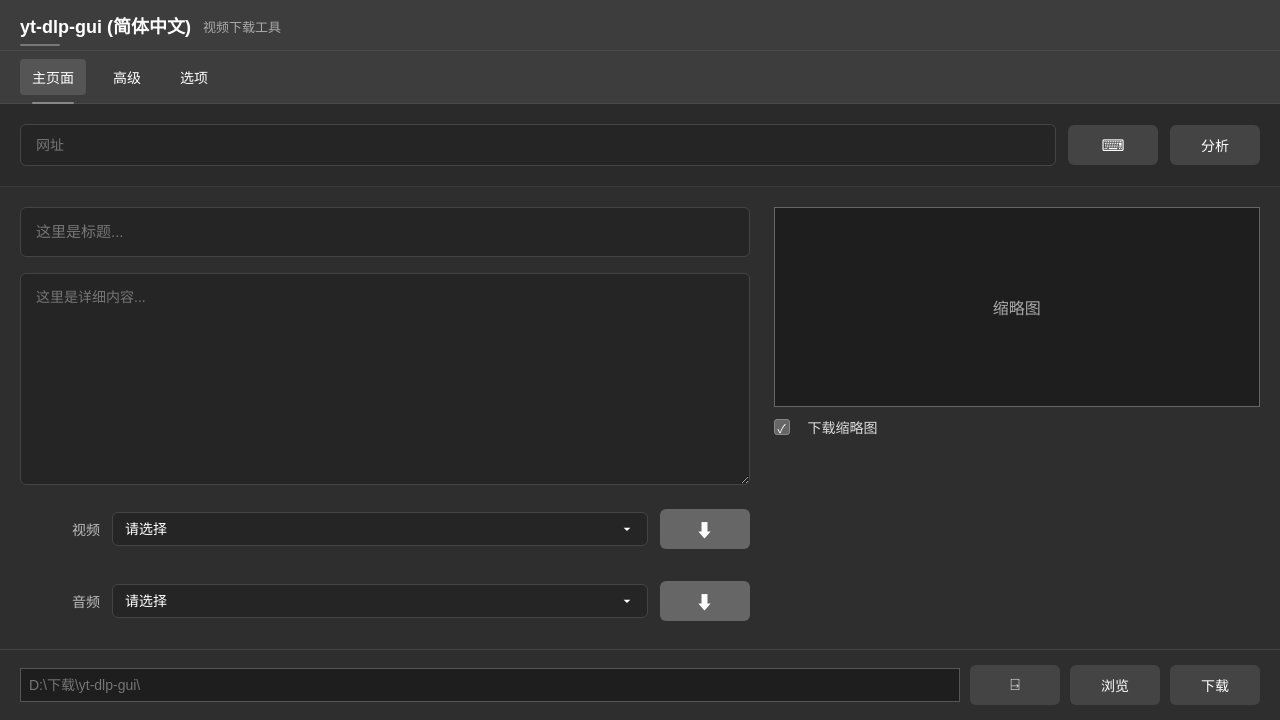
Repository: zArvin6808/yt-TubeSaver
Page: index.html
An editor plug-in stored every save of this project. The page is shown before and after the next save, followed by the edit.
The browser window is 1280 px wide. The pictures show the whole page.

Above is the page before, as saved 2025-06-07 16:50:06.

### index.html
<!DOCTYPE html>
<html lang="zh-CN">
<head>
  <meta charset="UTF-8" />
  <title>yt-dlp-gui (简体中文)</title>
  <meta name="viewport" content="width=device-width, initial-scale=1.0"/>
  <link rel="stylesheet" href="style.css" />
</head>
<body>

  <!-- 标题栏 -->
  <div class="title-bar">
    <h1>yt-dlp-gui (简体中文)</h1>
    <span>视频下载工具</span>
  </div>

  <!-- 导航栏 -->
  <div class="navbar">
    <a href="#" class="nav-link active" data-page="main">主页面</a>
    <a href="#" class="nav-link" data-page="advanced">高级</a>
    <a href="#" class="nav-link" data-page="settings">选项</a>
  </div>

  <!-- 主页面内容 -->
  <div id="main" class="page active">
    <!-- 网址与按钮 占据整行 -->
    <div class="url-analysis-row">
      <input type="text" id="urlInput" placeholder="网址" />
      <button class="icon-button" id="pasteButton">⌨</button>
      <button id="analyzeButton">分析</button>
    </div>

    <!-- 主内容 -->
    <div class="main">
      <!-- 左侧面板 -->
      <div class="left-panel">
        <textarea class="title-input" id="titleInput" placeholder="这里是标题..." readonly></textarea>
        <textarea class="content-textarea" id="contentTextarea" placeholder="这里是详细内容..."></textarea>

        <!-- 视频行 -->
        <div class="select-group">
          <label for="video-select">视频</label>
          <select id="video-select">
            <option>请选择</option>
            <option value="video1">视频格式1</option>
            <option value="video2">视频格式2</option>
          </select>
          <button class="download-button" id="downloadVideoButton">⬇</button>
        </div>

        <!-- 音频行 -->
        <div class="select-group">
          <label for="audio-select">音频</label>
          <select id="audio-select">
            <option>请选择</option>
            <option value="audio1">音频格式1</option>
            <option value="audio2">音频格式2</option>
          </select>
          <button class="download-button" id="downloadAudioButton">⬇</button>
        </div>
      </div>

      <!-- 右侧面板 -->
      <div class="right-panel">
        <div class="thumbnail" id="thumbnailPreview">缩略图</div>
        <div class="checkbox-group">
          <input type="checkbox" id="download-thumb" checked />
          <label for="download-thumb">下载缩略图</label>
        </div>
      </div>
    </div>

    <!-- 路径栏 -->
    <div class="path-bar">
      <input type="text" id="pathInput" placeholder="D:\下载\yt-dlp-gui\" />
      <button class="icon-button" id="refreshPathButton">⍈</button>
      <button id="selectPathButton">浏览</button>
      <button id="downloadButton">下载</button>
    </div>
  </div>

  <!-- 高级页面 -->
  <div id="advanced" class="page">
    <div class="test-content">
      <h2>高级设置（测试页面）</h2>
      <p>这是高级设置页面的测试内容。该页面将用于配置更详细的下载选项。</p>
      <p>未来这里将包含：</p>
      <ul style="color: #aaa; margin-left: 20px;">
        <li>视频质量设置</li>
        <li>下载速度限制</li>
        <li>字幕选项</li>
        <li>格式选择</li>
      </ul>
    </div>
  </div>

  <!-- 选项页面 -->
  <div id="settings" class="page">
    <div class="test-content">
      <h2>全局设置（测试页面）</h2>
      <p>这是选项设置页面的测试内容。该页面将用于配置软件的全局设置。</p>
      <p>未来这里将包含：</p>
      <ul style="color: #aaa; margin-left: 20px;">
        <li>界面语言设置</li>
        <li>默认下载路径</li>
        <li>代理设置</li>
        <li>主题选择</li>
      </ul>
    </div>
  </div>

  <script src="script.js"></script>
</body>
</html>

### style.css
    * {
      box-sizing: border-box;
      margin: 0;
      padding: 0;
      font-family: "Microsoft YaHei", sans-serif;
    }

    body {
      background-color: #2e2e2e;
      color: #ffffff;
      display: flex;
      flex-direction: column;
      min-height: 100vh;
    }

    /* 标题栏 */
    .title-bar {
      background-color: #3d3d3d;
      display: flex;
      align-items: center;
      padding: 12px 20px;
      gap: 12px;
      border-bottom: 1px solid #4a4a4a;
    }

    .title-bar h1 {
      font-size: 18px;
      margin: 0;
      font-weight: 600;
      position: relative;
    }

    .title-bar h1::after {
      content: "";
      position: absolute;
      bottom: -8px;
      left: 0;
      width: 40px;
      height: 2px;
      background-color: #777;
      border-radius: 1px;
    }

    .title-bar span {
      font-size: 13px;
      color: #aaa;
      margin-top: 2px;
    }

    /* 导航栏 */
    .navbar {
      background-color: #3d3d3d;
      display: flex;
      padding: 8px 20px;
      gap: 15px;
      border-bottom: 1px solid #4a4a4a;
    }

    .navbar a {
      color: white;
      text-decoration: none;
      font-size: 14px;
      cursor: pointer;
      padding: 8px 12px;
      border-radius: 4px;
      transition: all 0.2s ease;
      position: relative;
    }

    .navbar a:hover {
      background-color: #4a4a4a;
      transform: translateY(-1px);
    }

    .navbar a.active {
      background-color: #555;
      font-weight: 500;
    }

    .navbar a.active::after {
      content: "";
      position: absolute;
      bottom: -9px;
      left: 12px;
      right: 12px;
      height: 2px;
      background-color: #888;
      border-radius: 1px;
    }

    @media (max-width: 768px) {
      .title-bar {
        padding: 10px 15px;
      }

      .title-bar h1 {
        font-size: 16px;
      }

      .title-bar span {
        font-size: 12px;
      }

      .navbar {
        padding: 6px 15px;
        gap: 10px;
      }

      .navbar a {
        padding: 6px 10px;
        font-size: 13px;
      }
    }

    /* 页面切换相关样式 */
    .page {
      display: none;
      flex-direction: column;
      flex-grow: 1;
    }

    .page.active {
      display: flex;
    }

    /* 网址与按钮容器：占满整行 */
    .url-analysis-row {
      display: flex;
      align-items: center;
      padding: 20px;
      gap: 12px;
      width: 100%;
      box-sizing: border-box;
      background-color: #2a2a2a;
      border-bottom: 1px solid #3a3a3a;
    }

    .url-analysis-row input[type="text"] {
      background-color: #252525;
      color: #ffffff;
      border: 1px solid #444;
      padding: 12px 15px;
      font-size: 14px;
      flex-grow: 1;
      border-radius: 6px;
      transition: all 0.2s ease;
    }

    .url-analysis-row input[type="text"]:focus {
      outline: none;
      border-color: #666;
      box-shadow: 0 0 0 3px rgba(100, 100, 100, 0.3);
      background-color: #2a2a2a;
    }

    .url-analysis-row.loading {
      position: relative;
    }

    .url-analysis-row.loading::after {
      content: "";
      position: absolute;
      bottom: 0;
      left: 0;
      width: 100%;
      height: 2px;
      background: linear-gradient(90deg, transparent, #666, transparent);
      animation: loading 1.5s infinite;
    }

    @keyframes loading {
      0% { transform: translateX(-100%); }
      100% { transform: translateX(100%); }
    }

    /* 主内容容器 */
    .main {
      display: flex;
      flex-direction: row;
      padding: 20px;
      gap: 24px;
      flex-grow: 1;
    }

    /* 左侧区域 */
    .left-panel {
      display: flex;
      flex-direction: column;
      width: 60%;
      gap: 16px;
    }

    .title-input {
      background-color: #252525;
      color: #ffffff;
      border: 1px solid #444;
      padding: 12px 15px;
      font-size: 15px;
      height: 50px;
      resize: none;
      border-radius: 6px;
      transition: all 0.2s ease;
    }

    .title-input:focus {
      outline: none;
      border-color: #666;
      box-shadow: 0 0 0 3px rgba(100, 100, 100, 0.3);
      background-color: #2a2a2a;
    }

    .content-textarea {
      background-color: #252525;
      color: #ffffff;
      border: 1px solid #444;
      padding: 12px 15px;
      font-size: 14px;
      resize: vertical;
      min-height: 120px;
      flex-grow: 1;
      border-radius: 6px;
      transition: all 0.2s ease;
    }

    .content-textarea:focus {
      outline: none;
      border-color: #666;
      box-shadow: 0 0 0 3px rgba(100, 100, 100, 0.3);
      background-color: #2a2a2a;
    }

    /* 视频/音频选择器 - 每组一行 */
    .select-group {
      display: flex;
      align-items: center;
      gap: 12px;
      padding: 8px 0;
    }

    select {
      background-color: #252525;
      color: #ffffff;
      border: 1px solid #444;
      padding: 8px 12px;
      font-size: 14px;
      flex-grow: 1;
      border-radius: 6px;
      transition: all 0.2s ease;
      appearance: none;
      background-image: url("data:[embedded picture, 150 characters]");
      background-repeat: no-repeat;
      background-position: right 12px center;
      background-size: 16px;
    }

    select:focus {
      outline: none;
      border-color: #666;
      box-shadow: 0 0 0 3px rgba(100, 100, 100, 0.3);
      background-color: #2a2a2a;
    }

    label {
      font-size: 14px;
      text-align: right;
      flex-shrink: 0;
      width: 80px;
      color: #bbb;
    }

    /* 基础按钮样式 */
    button {
      background-color: #444;
      color: white;
      border: none;
      padding: 10px 16px;
      cursor: pointer;
      font-size: 14px;
      transition: all 0.2s cubic-bezier(0.22, 1, 0.36, 1);
      border-radius: 6px;
      min-width: 90px;
      font-weight: 500;
      display: flex;
      align-items: center;
      justify-content: center;
      gap: 6px;
      position: relative;
      overflow: hidden;
    }

    button:hover {
      background-color: #555;
      transform: translateY(-1px);
      box-shadow: 0 2px 8px rgba(0, 0, 0, 0.2);
    }

    button:active {
      background-color: #3a3a3a;
      transform: translateY(0);
      box-shadow: 0 1px 2px rgba(0, 0, 0, 0.1);
    }

    button:disabled {
      opacity: 0.7;
      cursor: not-allowed;
      transform: none !important;
    }

    button .spinner {
      width: 16px;
      height: 16px;
      border: 2px solid rgba(255, 255, 255, 0.3);
      border-radius: 50%;
      border-top-color: white;
      animation: spin 0.8s linear infinite;
      margin-right: 6px;
    }

    @keyframes spin {
      to { transform: rotate(360deg); }
    }

    button.primary {
      background-color: #666;
      box-shadow: 0 2px 4px rgba(0, 0, 0, 0.2);
    }

    button.primary:hover {
      background-color: #777;
      box-shadow: 0 4px 8px rgba(0, 0, 0, 0.2);
    }

    button.primary:active {
      background-color: #5a5a5a;
      box-shadow: 0 1px 2px rgba(0, 0, 0, 0.1);
    }

    /* 图标按钮样式 */
    .icon-button {
      background-color: #444;
      color: #ffffff;
      border: none;
      cursor: pointer;
      font-size: 16px;
      transition: all 0.2s cubic-bezier(0.22, 1, 0.36, 1);
      display: flex;
      justify-content: center;
      align-items: center;
      border-radius: 6px;
      width: 40px;
      height: 40px;
      position: relative;
      overflow: hidden;
    }

    .icon-button:hover {
      background-color: #555;
      transform: translateY(-1px);
      box-shadow: 0 2px 8px rgba(0, 0, 0, 0.2);
    }

    .icon-button:active {
      background-color: #3a3a3a;
      transform: translateY(0);
      box-shadow: 0 1px 2px rgba(0, 0, 0, 0.1);
    }

    .icon-button:disabled {
      opacity: 0.7;
      cursor: not-allowed;
      transform: none !important;
    }

    /* 下载图标按钮样式 */
    .download-button {
      width: 40px;
      height: 40px;
      display: flex;
      justify-content: center;
      align-items: center;
      font-size: 18px;
      padding: 0;
      background-color: #666;
      border: none;
      border-radius: 6px;
      transition: all 0.2s cubic-bezier(0.22, 1, 0.36, 1);
      position: relative;
      overflow: hidden;
    }

    .download-button:hover {
      background-color: #777;
      transform: translateY(-1px);
      box-shadow: 0 2px 8px rgba(0, 0, 0, 0.2);
    }

    .download-button:active {
      background-color: #5a5a5a;
      transform: translateY(0);
      box-shadow: 0 1px 2px rgba(0, 0, 0, 0.1);
    }

    .download-button:disabled {
      opacity: 0.7;
      cursor: not-allowed;
      transform: none !important;
    }

    /* 错误状态 */
    .error-state {
      border-color: #ff4d4d !important;
      background-color: #2a1a1a !important;
    }

    .error-state:focus {
      box-shadow: 0 0 0 3px rgba(255, 77, 77, 0.3) !important;
    }

    /* 成功状态 */
    .success-state {
      border-color: #4dff4d !important;
      background-color: #1a2a1a !important;
    }

    .success-state:focus {
      box-shadow: 0 0 0 3px rgba(77, 255, 77, 0.3) !important;
    }

    /* 加载状态 */
    .loading-state::after {
      content: "";
      position: absolute;
      bottom: 0;
      left: 0;
      width: 100%;
      height: 2px;
      background: linear-gradient(90deg, transparent, #666, transparent);
      animation: loading 1.5s infinite;
    }

    @keyframes loading {
      0% { transform: translateX(-100%); }
      100% { transform: translateX(100%); }
    }

    @media (max-width: 768px) {
      .main {
        flex-direction: column;
        padding: 15px;
        gap: 16px;
      }

      .left-panel, .right-panel {
        width: 100%;
      }

      .url-analysis-row {
        padding: 15px;
        gap: 10px;
      }

      .select-group {
        flex-direction: column;
        align-items: flex-start;
      }

      label {
        width: auto;
        text-align: left;
      }
    }

    /* 右侧面板：缩略图和下载缩略图选项 */
    .right-panel {
      display: flex;
      flex-direction: column;
      width: 40%;
      gap: 10px;
    }

    .thumbnail {
      width: 100%;
      height: 200px;
      background-color: #1e1e1e;
      display: flex;
      justify-content: center;
      align-items: center;
      color: #aaa;
      font-size: 16px;
      border: 1px solid #666;
      transition: all 0.2s ease;
    }

    .thumbnail.loading {
      background-color: #252525;
      border-color: #888;
    }

    .thumbnail img {
      max-width: 100%;
      max-height: 100%;
      object-fit: contain;
    }

    .checkbox-group {
      display: flex;
      align-items: center;
      gap: 8px;
    }

    .checkbox-group input[type="checkbox"] {
      appearance: none;
      width: 16px;
      height: 16px;
      border: 1px solid #666;
      background-color: #1e1e1e;
      border-radius: 3px;
      cursor: pointer;
      position: relative;
      transition: all 0.2s ease;
    }

    .checkbox-group input[type="checkbox"]:checked {
      background-color: #666;
      border-color: #888;
    }

    .checkbox-group input[type="checkbox"]:checked::after {
      content: "✓";
      position: absolute;
      color: white;
      font-size: 12px;
      top: 50%;
      left: 50%;
      transform: translate(-50%, -50%);
    }

    .checkbox-group input[type="checkbox"]:focus {
      outline: none;
      box-shadow: 0 0 0 2px rgba(150, 150, 150, 0.2);
    }

    .checkbox-group label {
      font-size: 14px;
      color: #ddd;
      cursor: pointer;
    }

    /* 路径栏 */
    .path-bar {
      display: flex;
      align-items: center;
      gap: 10px;
      padding: 15px 20px;
      background-color: #2e2e2e;
      border-top: 1px solid #444;
    }

    .path-bar input {
      flex-grow: 1;
      padding: 8px;
      background-color: #1e1e1e;
      color: #fff;
      border: 1px solid #555;
      font-size: 14px;
    }

    /* 测试页面样式 */
    .test-content {
      padding: 20px;
      display: flex;
      flex-direction: column;
      gap: 20px;
    }

    .test-content h2 {
      color: #fff;
      font-size: 18px;
      margin-bottom: 10px;
    }

    .test-content p {
      color: #aaa;
      font-size: 14px;
      line-height: 1.6;
    }

    /* 滚动条样式 */
    ::-webkit-scrollbar {
      width: 10px;
      height: 10px;
    }
    ::-webkit-scrollbar-track {
      background: #1e1e1e;
      border-radius: 5px;
    }
    ::-webkit-scrollbar-thumb {
      background: #666;
      border-radius: 5px;
      border: 2px solid #1e1e1e;
      transition: background 0.2s ease;
    }
    ::-webkit-scrollbar-thumb:hover {
      background: #777;
    }
    ::-webkit-scrollbar-corner {
      background: #1e1e1e;
    }

    /* Toast通知系统 */
    .toast-container {
      position: fixed;
      bottom: 20px;
      right: 20px;
      display: flex;
      flex-direction: column;
      gap: 10px;
      z-index: 1000;
      max-width: 300px;
    }

    .toast {
      padding: 12px 16px;
      border-radius: 6px;
      color: white;
      font-size: 14px;
      display: flex;
      align-items: center;
      gap: 10px;
      box-shadow: 0 4px 12px rgba(0, 0, 0, 0.15);
      opacity: 0;
      transform: translateY(20px);
      transition: all 0.3s cubic-bezier(0.22, 1, 0.36, 1);
      position: relative;
      overflow: hidden;
    }

    .toast.show {
      opacity: 1;
      transform: translateY(0);
    }

    .toast.hide {
      opacity: 0;
      transform: translateY(-20px);
    }

    .toast::after {
      content: "";
      position: absolute;
      bottom: 0;
      left: 0;
      width: 100%;
      height: 4px;
      background: rgba(255, 255, 255, 0.3);
    }

    .toast::before {
      content: "";
      position: absolute;
      bottom: 0;
      left: 0;
      width: 100%;
      height: 4px;
      background: rgba(255, 255, 255, 0.6);
      animation: toastProgress 3s linear forwards;
    }

    @keyframes toastProgress {
      from { width: 100%; }
      to { width: 0%; }
    }

    .toast-success {
      background-color: #2e7d32;
    }

    .toast-error {
      background-color: #c62828;
    }

    .toast-warning {
      background-color: #f9a825;
      color: #212121;
    }

    .toast-info {
      background-color: #0277bd;
    }

    .toast-icon {
      font-size: 18px;
      flex-shrink: 0;
    }

    .toast-close {
      margin-left: auto;
      cursor: pointer;
      opacity: 0.7;
      transition: opacity 0.2s;
      padding: 4px;
      display: flex;
      align-items: center;
      justify-content: center;
    }

    .toast-close:hover {
      opacity: 1;
    }

    @media (max-width: 768px) {
      .toast-container {
        bottom: 10px;
        right: 10px;
        left: 10px;
        max-width: none;
      }

      .toast {
        width: 100%;
        box-sizing: border-box;
      }
    }

Loaded but not shown: script.js (398 lines, source omitted)

After the next save:
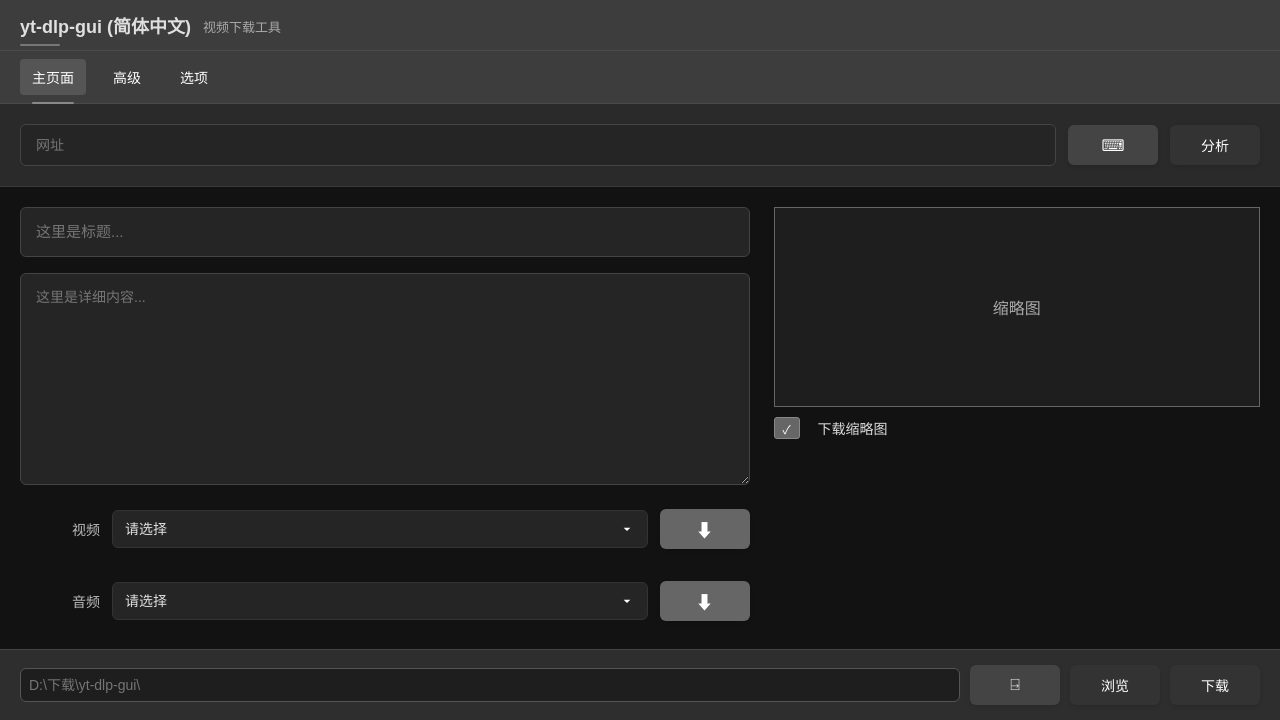
Saved 2 min 34 s later.
--- a/style.css
+++ b/style.css
@@ -598,13 +598,106 @@
       background: #666;
       border-radius: 5px;
       border: 2px solid #1e1e1e;
-      transition: background 0.2s ease;
+      transition: all 0.3s cubic-bezier(0.22, 1, 0.36, 1);
     }
     ::-webkit-scrollbar-thumb:hover {
       background: #777;
+      transform: scale(1.05);
     }
     ::-webkit-scrollbar-corner {
       background: #1e1e1e;
+    }
+
+    /* 全局美化 */
+    body {
+      color: #e0e0e0;
+      background-color: #121212;
+    }
+
+    /* 卡片样式 */
+    .card {
+      background-color: #1e1e1e;
+      border-radius: 8px;
+      padding: 20px;
+      box-shadow: 0 4px 12px rgba(0, 0, 0, 0.2);
+      transition: all 0.3s cubic-bezier(0.22, 1, 0.36, 1);
+      border: 1px solid #333;
+    }
+
+    .card:hover {
+      box-shadow: 0 6px 16px rgba(0, 0, 0, 0.3);
+      transform: translateY(-2px);
+    }
+
+    /* 按钮美化 */
+    button {
+      background-color: #333;
+      color: white;
+      border: none;
+      padding: 10px 20px;
+      border-radius: 6px;
+      cursor: pointer;
+      font-size: 14px;
+      transition: all 0.3s cubic-bezier(0.22, 1, 0.36, 1);
+      box-shadow: 0 2px 4px rgba(0, 0, 0, 0.1);
+      position: relative;
+      overflow: hidden;
+    }
+
+    button:hover {
+      background-color: #444;
+      box-shadow: 0 4px 8px rgba(0, 0, 0, 0.2);
+      transform: translateY(-1px);
+    }
+
+    button:active {
+      background-color: #2a2a2a;
+      transform: translateY(0);
+    }
+
+    button.primary {
+      background-color: #555;
+      box-shadow: 0 2px 6px rgba(0, 0, 0, 0.2);
+    }
+
+    button.primary:hover {
+      background-color: #666;
+    }
+
+    /* 输入框美化 */
+    input, textarea, select {
+      background-color: #252525;
+      border: 1px solid #333;
+      color: #e0e0e0;
+      padding: 10px 12px;
+      border-radius: 6px;
+      transition: all 0.3s ease;
+    }
+
+    input:focus, textarea:focus, select:focus {
+      outline: none;
+      border-color: #555;
+      box-shadow: 0 0 0 2px rgba(85, 85, 85, 0.2);
+    }
+
+    /* 分隔线 */
+    hr {
+      border: none;
+      height: 1px;
+      background-color: #333;
+      margin: 20px 0;
+    }
+
+    /* 链接样式 */
+    a {
+      color: #9e9e9e;
+      text-decoration: none;
+      transition: color 0.2s ease;
+    }
+
+    a:hover {
+      color: #e0e0e0;
+      text-decoration: underline;
     }
 
     /* Toast通知系统 */
